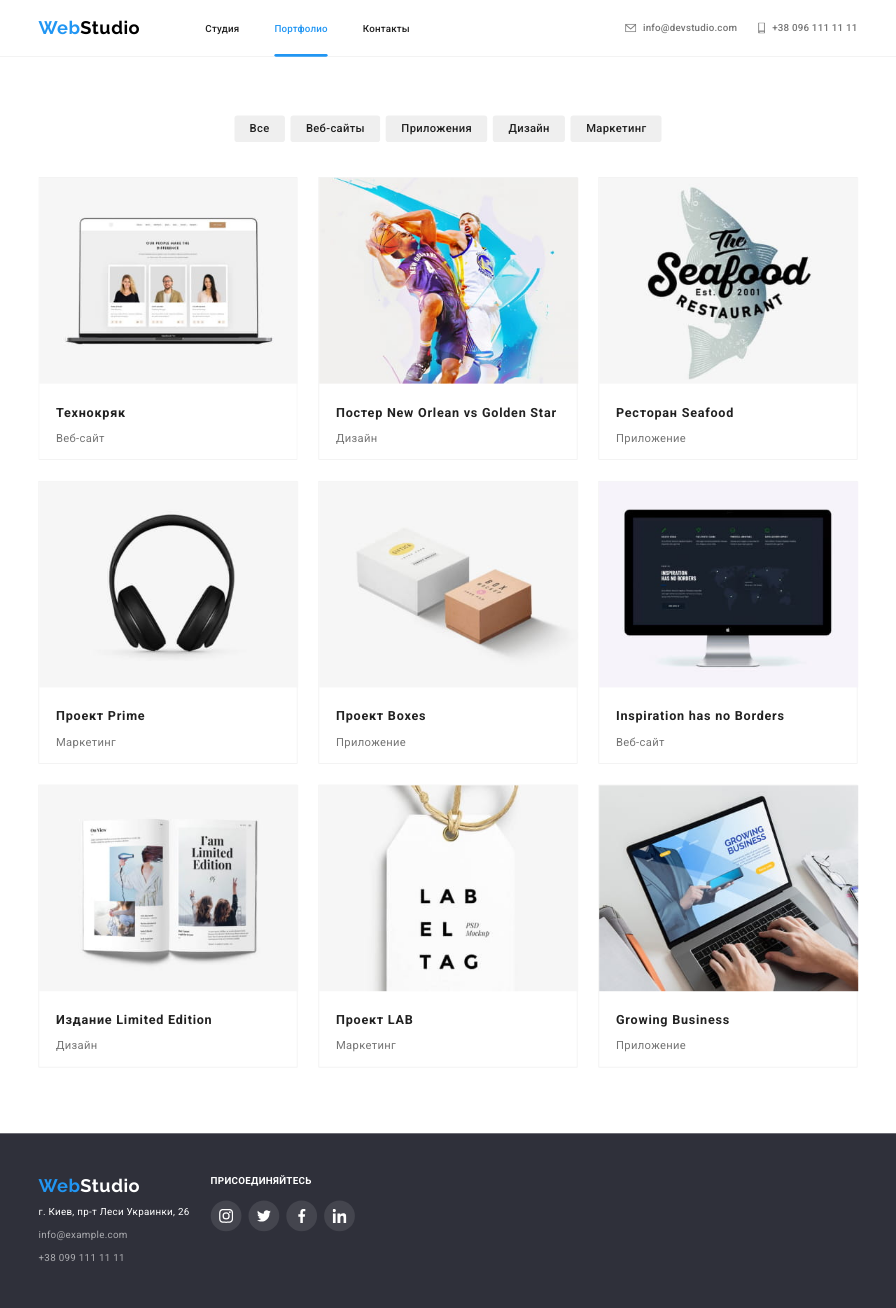
Repository: UliyaKucherernko/home-work-8
Page: porfolio.html
The author's editor kept a copy of each file at every save. The page is drawn from the files as they stood at one save, then again after the next save.
The browser window is 1280 px wide. The pictures show the whole page, at 70% of full size.

Above is the page before, as saved 2021-04-14 01:19:48.

### porfolio.html
<!DOCTYPE html>
<html lang="en">
<head>
    <!-- Служебная информация -->
    <meta charset="UTF-8">
    <meta http-equiv="X-UA-Compatible" content="IE=edge">
    <meta name="viewport" content="width=device-width, initial-scale=1.0">
    <title>homework5</title>
    <link rel="preconnect" href="https://fonts.gstatic.com">
    <link href="https://fonts.googleapis.com/css2?family=Raleway:wght@700&family=Roboto:wght@400;500;700;900&display=swap" rel="stylesheet">
    <link rel="stylesheet" href="./css/styles.css">
</head>
<body>

   <header class="header">
      <div class="container">
         <!-- Шапка -->
         <nav class="navigation">
            <a class="link logo-header" href="index.html">
               <span class="web">Web</span><span class="studio">Studio</span></a>
            <ul class="list menu">
               <li class="menu-item">
                  <a href="./index.html" class="link link-title menu-link">Студия</a>
               </li>
               <li class="menu-item">
                  <a href="./porfolio.html" class="link link-title menu-link current">Портфолио</a>
               </li>
               <li class="menu-item">
                  <a class="link link-title menu-link" href="">Контакты</a>
               </li>
            </ul>
         </nav>
         <ul class="list header-adress">
            <li class="contact-item">
               <a class="link contact-links menu-adress" href="mailto:info@devstudio.com">
                  <svg class="icon-header" width="16" height="12">
                     <use href="./images/icons-sprite.svg#icon-mail"></use>
                  </svg>
                  info@devstudio.com
               </a>
            </li>
            <li class="contact-item">
               <a class="link contact-links menu-adress" href="tel:+380961111111">
                  <svg class="icon-header" width="10" height="16">
                     <use href="./images/icons-sprite.svg#icon-phone"></use>
                  </svg>
                  +38 096 111 11 11
               </a>
            </li>
         </ul>
      </div>
   </header>

     <!--что входит в портфолио-->
    <main>
      <section class="gallery">
         <div class="container">
          <ul class="list gallery-btns">
              <li><button class="button-filtr" type="button">Все</button></li>
              <li><button class="button-filtr" type="button">Веб-сайты</button></li>
              <li><button class="button-filtr" type="button">Приложения</button></li>
              <li><button class="button-filtr" type="button">Дизайн</button></li>
              <li><button class="button-filtr" type="button">Маркетинг</button></li>
          </ul>

 <ul class="list grid gallery-list">
   <div class="gallery-thumb">
      <div class="gallery-overlay">
         <p class="gallery-text-overlay">Технокряк это современная площадка распространения коронавируса.
            Компании используют эту платформу для цифрового
            шпионажа и атак на защищённые сервера конкурентов.</p>
      </div>
                <li class="gallery-card"><img src="./images/1-monitor.jpg" alt="на мониторе 3 фотокарточки людей" width="370">
                  <div class="gallery-names">
                       <h3 class="filtrs">Технокряк</h3>
                       <p class="main-filtrs">Веб-сайт</p>
                     </div>
               </li>
  </div>


                  <li class="gallery-card"><img src="./images/2-nba.jpg" alt="2 прня играют в баскетбол" width="370">
                     <div class="gallery-names">
                         <h3 class="filtrs">Постер New Orlean vs Golden Star</h3>
                        <p class="main-filtrs">Дизайн</p>
                      </div>
                  </li>

               <li class="gallery-card"><img src="./images/3-seafood.jpg" alt="рыбный ресторан" width="370">
                      <div class="gallery-names">
                         <h3 class="filtrs">Ресторан Seafood</h3>
                       <p class="main-filtrs">Приложение</p>
                   </div>
                  </li>

                  <li class="gallery-card"><img src="./images/4-prime.jpg" alt="наушники" width="370">
                     <div class="gallery-names">
                        <h3 class="filtrs">Проект Prime</h3>
                        <p class="main-filtrs">Маркетинг</p>
                     </div>
                     </li>

                  <li class="gallery-card"><img src="./images/5-boxes.jpg" alt="2 коробки разного размера" width="370">
                     <div class="gallery-names">
                        <h3 class="filtrs">Проект Boxes</h3>
                        <p class="main-filtrs">Приложение</p>
                     </div>
                     </li>

                  <li class="gallery-card"><img src="./images/6-borders.jpg" alt="монитор борд с картой мира" width="370">
                     <div class="gallery-names">
                        <h3 class="filtrs">Inspiration has no Borders</h3>
                        <p class="main-filtrs">Веб-сайт</p>
                     </div>
                     </li>

                  <li class="gallery-card"><img src="./images/7-magazine.jpg" alt="журнал" width="370">
                     <div class="gallery-names">
                        <h3 class="filtrs">Издание Limited Edition</h3>
                        <p class="main-filtrs">Дизайн</p>
                     </div>
                     </li>

                  <li class="gallery-card"><img src="./images/8-labels.jpg" alt="белая этикетка бирка" width="370">
                     <div class="gallery-names">
                        <h3 class="filtrs">Проект LAB</h3>
                        <p class="main-filtrs">Маркетинг</p>
                     </div>
                     </li>

                  <li class="gallery-card"><img src="./images/9-nout.jpg" alt="печатают на ноуте" width="370">
                     <div class="gallery-names">
                        <h3 class="filtrs">Growing Business</h3>
                        <p class="main-filtrs">Приложение</p>
                     </div>
                     </li>
                  </ul>
           </div>
     </section>
    </main>

   <!--подвал-->
   <footer class="footer-dark-bg">
      <div class="container">
         <div class="grid">
            <div class="grid-item-3">
               <a class="link footer-logo" href="index.html">
                  <span class="web">Web</span><span class="studio-footer">Studio</span></a>
               <address>
                  <ul class="footer-list">
                     <li><a href="" class="link footer-adress">г. Киев, пр-т Леси Украинки, 26</a></li>
                     <li><a href="mailto:info@example.com" class="link footer-social">info@example.com</a></li>
                     <li><a href="+380991111111" class="link footer-social">+38 099 111 11 11</a></li>
                  </ul>
               </address>
            </div>

            <div class="grid-item-3">
               <div class="card-footer">
                  <p class="f-sleng">присоединяйтесь</p>
               </div>
               <ul class="d-inline-flex">
                  <li class="social-icon-item">
                     <a href="" class="social-icon-link foo-icon">
                        <svg>
                           <use href="./images/icons-sprite.svg#icon-instagram"></use>
                        </svg>
                     </a>
                  </li>
                  <li class="social-icon-item">
                     <a href="" class="social-icon-link foo-icon">
                        <svg>
                           <use href="./images/icons-sprite.svg#icon-twitter"></use>
                        </svg>
                     </a>
                  </li>
                  <li class="social-icon-item">
                     <a href="" class="social-icon-link foo-icon">
                        <svg>
                           <use href="./images/icons-sprite.svg#icon-facebook"></use>
                        </svg>
                     </a>
                  </li>
                  <li class="social-icon-item">
                     <a href="" class="social-icon-link foo-icon">
                        <svg>
                           <use href="./images/icons-sprite.svg#icon-linkedin"></use>
                        </svg>
                     </a>
                  </li>
               </ul>
            </div>

         </div>
         <!-- <div class="card-footer-news">
                       <p class="news-title">подпишитесь на рассылку</p>
                     </div> -->
      </div>
   </footer>
   </body>

   </html>

### css/styles.css
/*-----Утилиты----------*/
:root {
  --main-text-color: #757575;
  --accent-color: #2196f3;
  --title-color: #212121;
  --dark-bg-color: #2f303a;
  --content-color: #ffffff;
  --team-color: #f5f4fa;
  --social-color: #afb1b8;
}

.grid-item-1 {
  --grid-item: 12;
}

.grid-item-2 {
  --grid-item: 6;
}

.grid-item-3 {
  --grid-item: 4;
}

.grid-item-4 {
  --grid-item: 3;
}

.grid-item-6 {
  --grid-item: 2;
}

.grid-item-12 {
  --grid-item: 1;
}

:focus {
  outline: none;
}

*,
::after,
::before {
  box-sizing: inherit;
}

.web {
  color: var(--accent-color);
}
.studio {
  color: #000000;
}

.studio-footer {
  color: var(--content-color);
}

address {
  font-style: normal;
}

body {
  font-family: "Roboto", sans-serif;
  font-size: 14px;
  font-weight: 500;
  line-height: 16px;
  letter-spacing: 0.02em;
  text-align: left;
  color: var(--main-text-color);
  margin: 0;
}

.link {
  text-decoration: none;
  color: inherit;
}

.container {
  width: 1200px;
  padding-left: 15px;
  padding-right: 15px;
  margin-right: auto;
  margin-left: auto;
  box-sizing: border-box;
  /* background-color:gray; */
}

.grid {
  display: flex;
  flex-wrap: wrap;
  gap: 30px;
}

.grid-item {
  flex-basis: calc((100% - 30px * var(--grid-item)) / var(--grid-item));
}

button {
  cursor: pointer;
  font-family: inherit;
}

h1,
h2,
h3,
h4,
h5,
h6,
p,
ul,
li {
  margin: 0;
  padding: 0;
}
/*Конец Утилит*/

.list {
  display: flex;
  justify-content: center;
  margin-top: 0;
  margin-bottom: 0;
  padding-left: 0;

  list-style: none;
}

.section-title {
  margin-top: 0;
  margin-bottom: 0;
  text-align: center;
  font-weight: 700;
  font-size: 36px;
  line-height: 1.16;
  letter-spacing: 0.03em;
  color: var(--title-color);
}

/*--------требование к команде------------*/

.all-feature {
  padding-top: 94px;
  padding-bottom: 94px;
}

.feature {
  display: inline-block;
  width: 270px;
  height: 251px;
  /* background-color: var(--team-color);
  border-radius: 4px; */
}

.feature-icon {
  display: flex;
  justify-content: center;
  align-items: center;
  background-color: var(--team-color);
  border-radius: 4px;
  width: 270px;
  height: 120px;
}

.feature-icon svg {
  width: 70px;
  height: 70px;
}

.feature:not(:last-child) {
  margin-right: 30px;
}

.main-team-feature {
  margin-top: 30px;
  font-weight: 700;
  font-size: 14px;
  line-height: 1.14;
  letter-spacing: 0.03em;
  text-transform: uppercase;
  color: var(--title-color);
}

.team-feature {
  margin-top: 12px;
  margin-bottom: 0;
  font-weight: 400;
  font-size: 14px;
  line-height: 1.71;
  letter-spacing: 0.03em;
  color: var(--main-text-color);
  font-size: 14px;
  line-height: 1.71;
  letter-spacing: 0.03em;
  color: var(--main-text-color);
}

/*.visually-hidden {
  position: absolute;
  {
  display: block;
  content: "";
  width: 270px;
  height: 120px;
  background-color: var(--team-color);
  border-radius: 4px;
}px;
  margin: -1px;
  border: 0;
  p
.link.current {
  color: var(--accent-color);
}*/

/* ------3 box---------- */
.content {
  position: absolute;

  display: flex;
  justify-content: center;
  align-items: center;
  font-weight: bold;
  line-height: 1.14;
  text-transform: uppercase;
  top: 224px;
  right: 0;
  width: 100%;
  height: 70px;
  color: var(--content-color);
  background-color: rgba(47, 48, 58, 0.8);
}
.boxes {
  margin-top: 50px;
}

.box-product {
  position: relative;
}

/*----------HERO----------  */

.hero-dark-bg {
  max-width: 1600px;
  height: 600px;
  margin-left: auto;
  margin-right: auto;
  padding: 200px 0;
  box-sizing: border-box;
  background: #c4c4c4;
}

.hero-title {
  margin-top: auto;
  margin-bottom: 30px;
  margin-left: auto;
  margin-right: auto;
  width: 696px;
  height: 120px;
  font-weight: 900;
  font-size: 44px;
  line-height: 1.36;

  letter-spacing: 0.06em;
  text-transform: uppercase;
  text-align: center;
  color: var(--content-color);
}

.overlay {
  max-width: 1600px;
  height: 600px;

  margin-left: auto;
  margin-right: auto;
  background-image: linear-gradient(
      to right,
      rgba(47, 48, 58, 0.4),
      rgba(47, 48, 58, 0.4)
    ),
    url(../images/team-overlay.jpg);
  background-repeat: no-repeat;
  background-position: center;
  background-size: cover;
}

.hero {
  display: flex;
  flex-direction: column;
  justify-content: center;
  align-items: center;
}

.hero-button {
  padding: 10px 32px;
  min-width: 136px;
  font-weight: 700;
  font-size: 16px;
  line-height: 1.87;
  letter-spacing: 0.06em;
  background: var(--accent-color);
  border-radius: 4px;
  border: 0;
  color: #ffffff;
}

/* -----BUTTON GALLERY----- */

.button-filtr {
  border: 0;
  border-radius: 4px;
  padding: 6px 22px;
  font-weight: 500;
  font-size: 16px;
  line-height: 1.62;
  letter-spacing: 0.03em;
  color: var(--title-color);
}

.button-filtr:hover,
.button-filtr:focus {
  box-shadow: 0px 3px 1px rgba(0, 0, 0, 0.1), 0px 1px 2px rgba(0, 0, 0, 0.08),
    0px 2px 2px rgba(0, 0, 0, 0.12);
  transition-duration: 250ms;
  transition-timing-function: cubic-bezier(0.4, 0, 0.2, 1);
}

.gallery-btns li:not(:last-child) .button-filtr {
  margin-right: 8px;
}

button:hover,
button:focus {
  background: var(--accent-color);
  color: #fff;
  transition-duration: 250ms;
  transition-timing-function: cubic-bezier(0.4, 0, 0.2, 1);
}

.gallery-list {
  padding-bottom: 94px;
  margin-top: 50px;
}

.gallery {
  padding-top: 84px;
}

.gallery-names {
  padding: 20px 24px;
}

.gallery-card {
  --grid-item: 3;
  width: 370px;
  height: 404px;
  box-sizing: border-box;
  border: 1px solid #eeeeee;
  background: var(--content-color);
}

.gallery-card:hover {
  opacity: 1;
  box-shadow: 0px 1px 1px rgba(0, 0, 0, 0.12), 0px 4px 4px rgba(0, 0, 0, 0.06),
    1px 4px 6px rgba(0, 0, 0, 0.16);
  /* transition-duration: 250ms;
  transition-timing-function: cubic-bezier(0.4, 0, 0.2, 1); */
}

.filtrs {
  margin-bottom: 4px;
  font-weight: 700;
  font-size: 18px;
  line-height: 2;
  letter-spacing: 0.06em;
  color: var(--title-color);
}

.main-filtrs {
  font-weight: 400;
  font-size: 16px;
  line-height: 1.87;
  letter-spacing: 0.03em;
  color: var(--main-text-color);
}

.gallery-thumb {
  position: relative;
  overflow: hidden;
}

.gallery-overlay {
  position: absolute;
  display: flex;
  align-items: center;
  width: 100%;
  height: 100%;
  background-color: rgba(33, 150, 243, 0.9);
  transition-property: transform, background-color;
  transform: translateY(101%);
  transition-duration: 250ms;
  transition-timing-function: cubic-bezier(0.4, 0, 0.2, 1);
}

.gallery-text-overlay {
  font-size: 18px;
  max-width: 340px;
  padding-left: 24px;
  line-height: 1.56;
  color: var(--content-color);
}

.gallery-thumb::before {
  display: inline-block;
  content: "";

  position: absolute;
  top: 0;
  left: 0;
  width: 370px;
  height: 294px;
  background-color: rgba(33, 150, 243, 0.9);
  opacity: 0;
}

.gallery-card:hover .gallery-thumb::before {
  transform: translateY(0);
}

.work {
  padding-top: 94px;
  padding-bottom: 94px;
}

.social-icons .icon {
  width: 20px;
  height: 20px;
  fill: var(--social-color);
}

.d-inline-flex {
  display: inline-flex;
}

/* -------команда имена карточки соц иконки----------- */

.team-card {
  --grid-item: 4;
  text-align: center;
  background: white;
  width: 270px;
  height: 428px;
  box-sizing: border-box;
  box-shadow: 0px 1px 3px rgb(0 0 0 / 12%), 0px 1px 1px rgb(0 0 0 / 14%),
    0px 2px 1px rgb(0 0 0 / 20%);
  border-radius: 0px 0px 4px 4px;
}

.team {
  padding-top: 94px;
  padding-bottom: 94px;
  box-sizing: border-box;
  background: var(--team-color);
}

.team-card:not(:last-child) {
  margin-right: 30px;
}

.team-names {
  padding: 30px 0;
}

.names {
  margin-bottom: 10px;
  font-weight: 500;
  font-size: 16px;
  line-height: 1.18;
  letter-spacing: 0.03em;
  color: var(--title-color);
}

.team-profession {
  margin-top: 10px;
  margin-bottom: 16px;
  font-weight: 400;
  font-size: 16px;
  line-height: 1.18;
  letter-spacing: 0.03em;
  color: var(--main-text-color);
}

.team-body {
  display: flex;
  justify-content: center;
  margin-top: 50px;
  list-style: none;
}

.team-body .team-item:not(:last-child) {
  margin-right: 30px;
}

.social-icon-item {
  display: block;
}

.social-icon-item svg {
  width: 20px;
  height: 20px;
}

.social-icon-item:not(:last-child) {
  margin-right: 10px;
}

.social-icon-link {
  display: flex;
  justify-content: center;
  align-items: center;
  width: 44px;
  height: 44px;
  border-radius: 50%;
}

.social-icon-link.team-icon {
  background: var(--content-color);
}

.social-icon-link.team-icon:hover svg,
.social-icon-link.team-icon:focus svg {
  fill: var(--content-color);
  transition-duration: 250ms;
  transition-timing-function: cubic-bezier(0.4, 0, 0.2, 1);
}

.social-icon-link.team-icon svg {
  fill: var(--social-color);
}

.social-icon-link.foo-icon svg {
  fill: var(--content-color);
}

.social-icon-link.foo-icon {
  background: rgba(255, 255, 255, 0.1);
}

.social-icon-link:hover,
.social-icon-link:focus {
  background-color: var(--accent-color);
  transition-duration: 250ms;
  transition-timing-function: cubic-bezier(0.4, 0, 0.2, 1);
}

.social-icon-link.team-icon:hover .icon,
.social-icon-link.team-icon:focus .icon {
  fill: var(--content-color);
  transition-duration: 250ms;
  transition-timing-function: cubic-bezier(0.4, 0, 0.2, 1);
}

/* ------постоянные клиенты-------- */

.cl {
  padding-top: 94px;
  padding-bottom: 94px;
}

.cl-item .cl-logo {
  fill: var(--social-color);
}

.cl-item {
  display: flex;
}

.social-icons .cl-logo {
  fill: var(--social-color);
}

.cl-link:hover .cl-logo,
.cl-link:focus .cl-logo {
  fill: var(--accent-color);
  transition-duration: 250ms;
  transition-timing-function: cubic-bezier(0.4, 0, 0.2, 1);
}

.item-cl:not(:last-child) {
  margin-right: 30px;
}

.cl-link {
  margin-top: 50px;
  display: flex;
  justify-content: center;
  align-items: center;
  width: 170px;
  height: 90px;
  border: 1px solid #afb1b8;
  border-radius: 4px;
}

.cl-link:hover,
.cl-link:focus {
  border: 1px solid var(--accent-color);
  transition-duration: 250ms;
  transition-timing-function: cubic-bezier(0.4, 0, 0.2, 1);
}

.cl-link .navigation {
  display: flex;
  align-items: center;
  margin-right: auto;
}

/* -------------ХЕДЕР-------------- */

.navigation {
  display: flex;
  align-items: center;
  margin-right: auto;
}

.header {
  border-bottom: 1px solid #eeeeee;

  color: var(--title-color);
}

.header .container {
  display: flex;
  justify-content: flex-end;
  align-items: center;
}

.header-adress {
  font-weight: 500;
  font-size: 14px;
  line-height: 1.14;
  letter-spacing: 0.02em;
  color: var(--main-text-color);
}
.logo-header {
  margin-right: 93px;

  font-family: Raleway;
  font-weight: 700;
  font-size: 26px;
  line-height: 1.19;
  letter-spacing: 0.03em;
}

.current {
  color: var(--accent-color);
}
.menu {
  display: inline-flex;
}

.link-title {
  position: relative;
  padding-bottom: 32px;
  padding-left: 0;
  padding-right: 0;
  transition-property: color;
}
.menu-link {
  display: block;
  padding-top: 32px;
  padding-bottom: 32px;
  padding-left: 0;
  padding-right: 0;
  transition-property: color;
  transition-duration: 250ms;
  transition-timing-function: cubic-bezier(0.4, 0, 0.2, 1);
}
.current::after {
  content: "";
  position: absolute;
  display: block;
  width: 100%;
  height: 4px;
  border-radius: 2px;
  left: 0;
  bottom: -1px;
  background-color: var(--accent-color);
}

.menu-item:not(:last-child) {
  margin-right: 50px;
}

.menu-adress:not(:last-child) {
  margin-right: 50px;
}

.menu-adress:hover,
.menu-adress:focus {
  color: var(--accent-color);
  transition-duration: 250ms;
  transition-timing-function: cubic-bezier(0.4, 0, 0.2, 1);
}

.contact-item:not(:last-child) {
  margin-right: 30px;
}

.icon-header {
  fill: var(--main-text-color);
}

.header-adress .icon-header {
  margin-right: 10px;
  stroke: var(--main-text-color);
}

.link-title:hover,
.link-title:focus {
  color: var(--accent-color);
  transition-duration: 250ms;
  transition-timing-function: cubic-bezier(0.4, 0, 0.2, 1);
}

.contact-links {
  display: flex;
  align-items: center;
}

.contact-links:hover .icon-header,
.contact-links:focus .icon-header {
  stroke: var(--accent-color);
  transition-duration: 250ms;
  transition-timing-function: cubic-bezier(0.4, 0, 0.2, 1);
}

.contact-links .footer-list {
  margin-top: 20px;
  list-style: none;
}

/* ---------------------ФУТЕР---------------- */

.f-block {
  --grid-item: 2;
  align-self: baseline;
}

.footer-list li {
  margin-top: 9px;
  list-style: none;
}

.footer-dark-bg {
  padding: 60px 0;
  box-sizing: border-box;
  background: var(--dark-bg-color);
}

.footer-social {
  font-weight: 400;
  font-size: 14px;
  line-height: 1.71;
  letter-spacing: 0.03em;
  color: rgba(255, 255, 255, 0.6);
}

.footer-adress {
  font-weight: 400;
  font-size: 14px;
  line-height: 1.71;
  letter-spacing: 0.03em;
  color: #ffffff;
}

.footer-logo {
  font-family: Raleway;
  font-weight: 700;
  font-size: 26px;
  line-height: 1.19;
  letter-spacing: 0.03em;
}

.f-sleng {
  margin-bottom: 20px;
  font-weight: 700;
  font-size: 14px;
  line-height: 1.14;
  letter-spacing: 0.03em;
  text-transform: uppercase;
  color: var(--content-color);
}

/* ------МОДАЛЬНОЕ ОКНО------- */
.backdrop {
  position: fixed;
  width: 100%;
  height: 100%;
  left: 0px;
  top: 0px;

  background: rgba(0, 0, 0, 0.2);
}

.backdrop.is-hidden {
  opacity: 0;
  pointer-events: none;
}

.modal {
  position: absolute;
  top: 50%;
  left: 50%;
  transform: translate(-50%, -50%);

  width: 528px;
  height: 581px;
  box-shadow: 0px 1px 3px rgba(0, 0, 0, 0.12), 0px 1px 1px rgba(0, 0, 0, 0.14),
    0px 2px 1px rgba(0, 0, 0, 0.2);
  border-radius: 4px;
  background-color: var(--content-color);
  transform: translate(-50%, -50%) scale(1);
  transition: transform 250ms cubic-bezier(0.4, 0, 0.2, 1);
}

.modal:hover {
  transform: translate(-50%, -50%) scale(1);
  transition: transform 250ms cubic-bezier(0.4, 0, 0.2, 1);
}

.modal-button {
  position: absolute;
  width: 30px;
  height: 30px;
  right: 8px;
  top: 8px;
  display: flex;
  justify-content: center;
  align-items: center;

  background: var(--content-color);
  border: 1px solid rgba(0, 0, 0, 0.1);
  box-sizing: border-box;
  border-radius: 50%;
}

.icon-close {
  position: absolute;
  top: 50%;
  left: 50%;
  transform: translate(-50%, -50%);
  cursor: pointer;
  transition-property: fill;
  transition-duration: 250ms;
  transition-timing-function: cubic-bezier(0.4, 0, 0.2, 1);
}

After the next save:
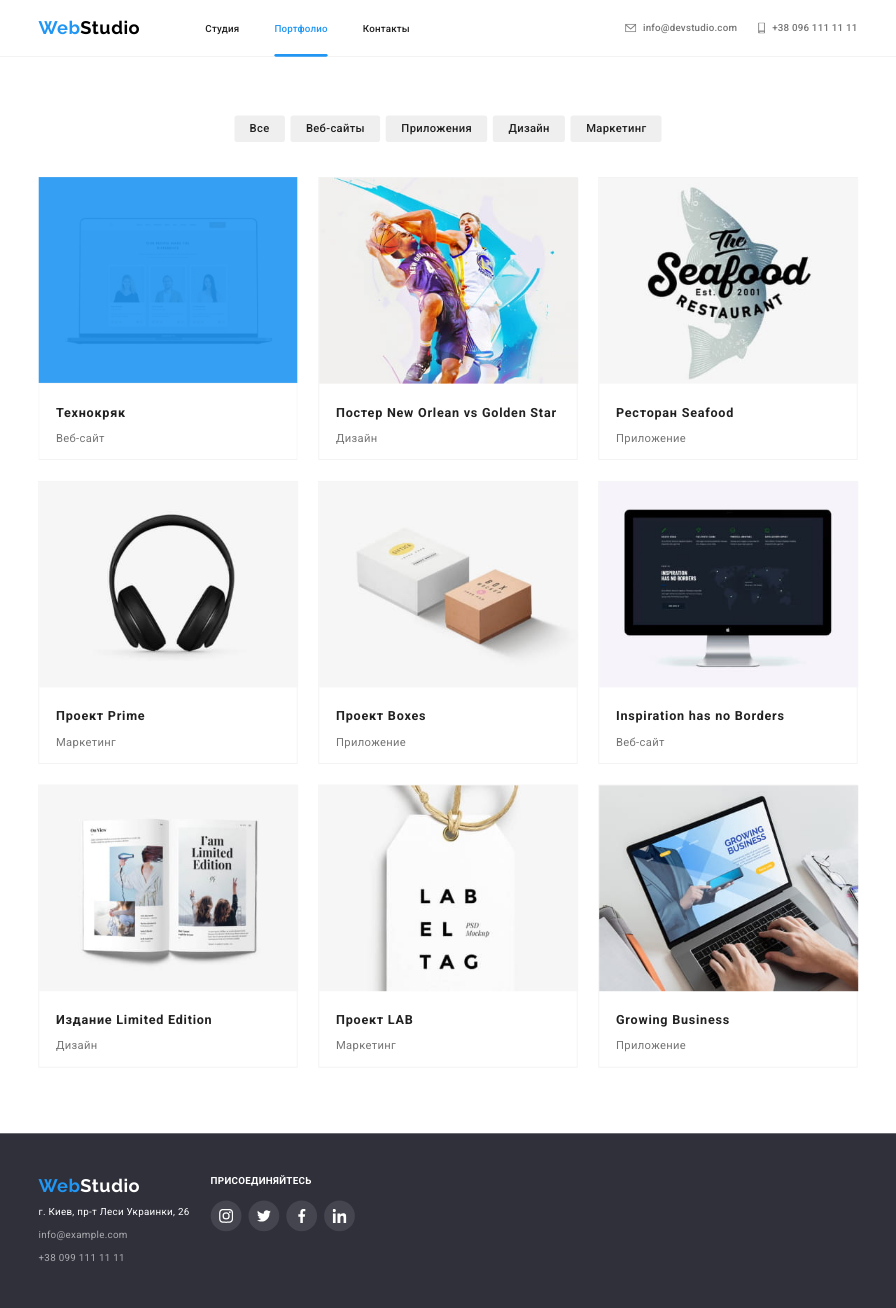
Saved 3 min 6 s later.
--- a/css/styles.css
+++ b/css/styles.css
@@ -416,7 +416,7 @@ button:focus {
   width: 370px;
   height: 294px;
   background-color: rgba(33, 150, 243, 0.9);
-  opacity: 0;
+  /* opacity: 0; */
 }
 
 .gallery-card:hover .gallery-thumb::before {
